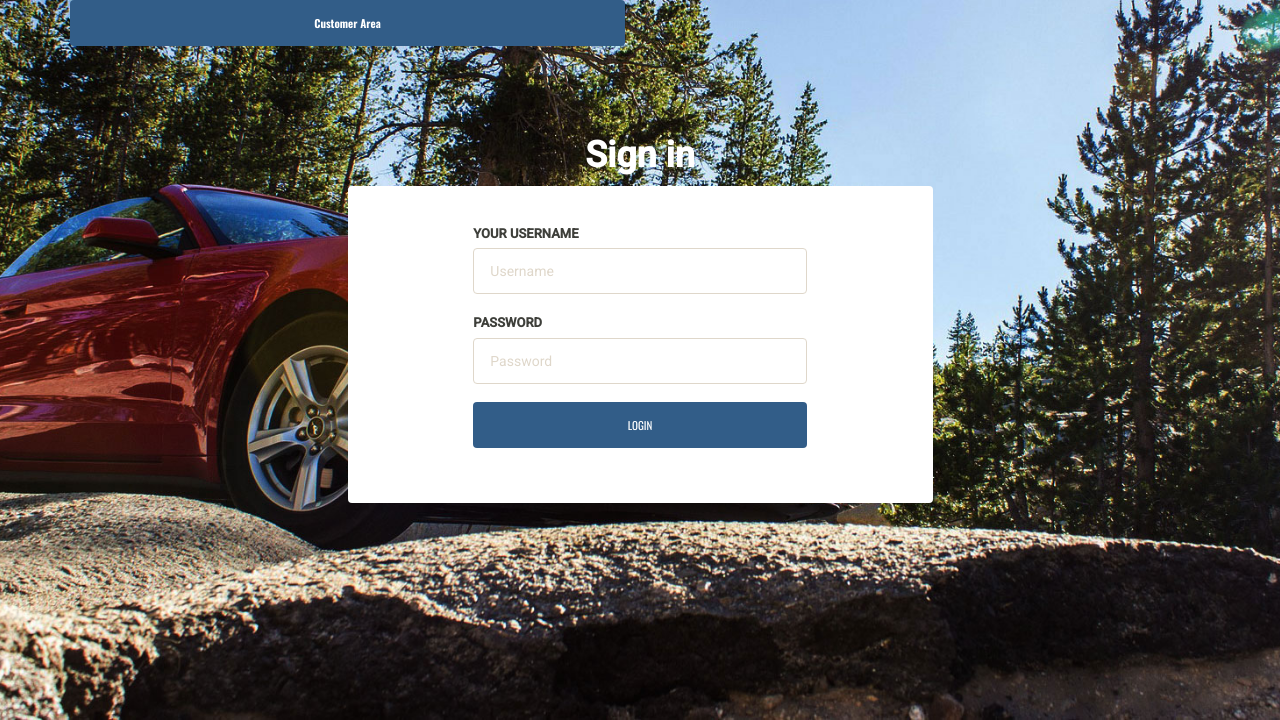
Repository: vincent254-hub/OCHMIS
Page: http://localhost/admin/
These files come from the project's save history. The page is drawn as it stood at one moment and after the next save; the edit follows.
The browser window is 1280 px wide. The pictures show the whole page.
The page is run by PHP 8.4 with error messages shown; the project is at /var/www/html/.

Above is the page before, as saved 2024-04-24 18:30:17.

### admin/index.php
<?php
session_start();
include('includes/config.php');
if(isset($_POST['login']))
{
$email=$_POST['username'];
$password=md5($_POST['password']);
$sql ="SELECT UserName,Password FROM admin WHERE UserName=:email and Password=:password";
$query= $dbh -> prepare($sql);
$query-> bindParam(':email', $email, PDO::PARAM_STR);
$query-> bindParam(':password', $password, PDO::PARAM_STR);
$query-> execute();
$results=$query->fetchAll(PDO::FETCH_OBJ);
if($query->rowCount() > 0)
{
$_SESSION['alogin']=$_POST['username'];
echo "<script type='text/javascript'> document.location = 'dashboard.php'; </script>";
} else{

  echo "<script>alert('Invalid Credentials provided! Please try again');</script>";

}

}

?>
<!doctype html>
<html lang="en" class="no-js">

<head>
	<meta charset="UTF-8">
	<meta http-equiv="X-UA-Compatible" content="IE=edge">
	<meta name="viewport" content="width=device-width, initial-scale=1, minimum-scale=1, maximum-scale=1">
	<meta name="description" content="">
	<meta name="author" content="">

	<title>OCHMIS | Admin Login</title>
	<link rel="stylesheet" href="css/font-awesome.min.css">
	<link rel="stylesheet" href="css/bootstrap.min.css">
	<link rel="stylesheet" href="css/dataTables.bootstrap.min.css">
	<link rel="stylesheet" href="css/bootstrap-social.css">
	<link rel="stylesheet" href="css/bootstrap-select.css">
	<link rel="stylesheet" href="css/fileinput.min.css">
	<link rel="stylesheet" href="css/awesome-bootstrap-checkbox.css">
	<link rel="stylesheet" href="css/style.css">
</head>

<body>

	<div class="login-page bk-img" style="background-image: url(img/adminlogin.jpg);">
		<div class="form-content">
			<div class="container">
				<div class="row">
					<div class="col-md-6">
						<a href="../index.php" class="text-light text-center text-bold mt-4 mx-auto btn btn-block btn-primary">Customer Area</a>
					</div>
					<div class="col-md-6 col-md-offset-3">
						<h1 class="text-center text-bold text-light mt-4x">Sign in</h1>
						<div class="well row pt-2x pb-3x bk-light">
							<div class="col-md-8 col-md-offset-2">
								<form method="post">

									<label for="" class="text-uppercase text-sm">Your Username </label>
									<input type="text" placeholder="Username" name="username" class="form-control mb">

									<label for="" class="text-uppercase text-sm">Password</label>
									<input type="password" placeholder="Password" name="password" class="form-control mb">



									<button class="btn btn-primary btn-block" name="login" type="submit">LOGIN</button>

								</form>
							</div>
						</div>
					</div>
				</div>
			</div>
		</div>
	</div>

	<!-- Loading Scripts -->
	<script src="js/jquery.min.js"></script>
	<script src="js/bootstrap-select.min.js"></script>
	<script src="js/bootstrap.min.js"></script>
	<script src="js/jquery.dataTables.min.js"></script>
	<script src="js/dataTables.bootstrap.min.js"></script>
	<script src="js/Chart.min.js"></script>
	<script src="js/fileinput.js"></script>
	<script src="js/chartData.js"></script>
	<script src="js/main.js"></script>

</body>

</html>

### admin/css/awesome-bootstrap-checkbox.css
.checkbox {
  padding-left: 20px;
}
.checkbox label {
  display: inline-block;
  vertical-align: middle;
  position: relative;
  padding-left: 5px;
}
.checkbox label::before {
  content: "";
  display: inline-block;
  position: absolute;
  width: 17px;
  height: 17px;
  left: 0;
  margin-left: -20px;
  border: 1px solid #cccccc;
  border-radius: 3px;
  background-color: #fff;
  -webkit-transition: border 0.15s ease-in-out, color 0.15s ease-in-out;
  -o-transition: border 0.15s ease-in-out, color 0.15s ease-in-out;
  transition: border 0.15s ease-in-out, color 0.15s ease-in-out;
}
.checkbox label::after {
  display: inline-block;
  position: absolute;
  width: 16px;
  height: 16px;
  left: 0;
  top: 0;
  margin-left: -20px;
  padding-left: 3px;
  padding-top: 1px;
  font-size: 11px;
  color: #555555;
}
.checkbox input[type="checkbox"],
.checkbox input[type="radio"] {
  opacity: 0;
  z-index: 1;
}
.checkbox input[type="checkbox"]:focus + label::before,
.checkbox input[type="radio"]:focus + label::before {
  outline: thin dotted;
  outline: 5px auto -webkit-focus-ring-color;
  outline-offset: -2px;
}
.checkbox input[type="checkbox"]:checked + label::after,
.checkbox input[type="radio"]:checked + label::after {
  font-family: "FontAwesome";
  content: "\f00c";
}
.checkbox input[type="checkbox"]:disabled + label,
.checkbox input[type="radio"]:disabled + label {
  opacity: 0.65;
}
.checkbox input[type="checkbox"]:disabled + label::before,
.checkbox input[type="radio"]:disabled + label::before {
  background-color: #eeeeee;
  cursor: not-allowed;
}
.checkbox.checkbox-circle label::before {
  border-radius: 50%;
}
.checkbox.checkbox-inline {
  margin-top: 0;
}

.checkbox-primary input[type="checkbox"]:checked + label::before,
.checkbox-primary input[type="radio"]:checked + label::before {
  background-color: #337ab7;
  border-color: #337ab7;
}
.checkbox-primary input[type="checkbox"]:checked + label::after,
.checkbox-primary input[type="radio"]:checked + label::after {
  color: #fff;
}

.checkbox-danger input[type="checkbox"]:checked + label::before,
.checkbox-danger input[type="radio"]:checked + label::before {
  background-color: #d9534f;
  border-color: #d9534f;
}
.checkbox-danger input[type="checkbox"]:checked + label::after,
.checkbox-danger input[type="radio"]:checked + label::after {
  color: #fff;
}

.checkbox-info input[type="checkbox"]:checked + label::before,
.checkbox-info input[type="radio"]:checked + label::before {
  background-color: #5bc0de;
  border-color: #5bc0de;
}
.checkbox-info input[type="checkbox"]:checked + label::after,
.checkbox-info input[type="radio"]:checked + label::after {
  color: #fff;
}

.checkbox-warning input[type="checkbox"]:checked + label::before,
.checkbox-warning input[type="radio"]:checked + label::before {
  background-color: #f0ad4e;
  border-color: #f0ad4e;
}
.checkbox-warning input[type="checkbox"]:checked + label::after,
.checkbox-warning input[type="radio"]:checked + label::after {
  color: #fff;
}

.checkbox-success input[type="checkbox"]:checked + label::before,
.checkbox-success input[type="radio"]:checked + label::before {
  background-color: #5cb85c;
  border-color: #5cb85c;
}
.checkbox-success input[type="checkbox"]:checked + label::after,
.checkbox-success input[type="radio"]:checked + label::after {
  color: #fff;
}

.radio {
  padding-left: 20px;
}
.radio label {
  display: inline-block;
  vertical-align: middle;
  position: relative;
  padding-left: 5px;
}
.radio label::before {
  content: "";
  display: inline-block;
  position: absolute;
  width: 17px;
  height: 17px;
  left: 0;
  margin-left: -20px;
  border: 1px solid #cccccc;
  border-radius: 50%;
  background-color: #fff;
  -webkit-transition: border 0.15s ease-in-out;
  -o-transition: border 0.15s ease-in-out;
  transition: border 0.15s ease-in-out;
}
.radio label::after {
  display: inline-block;
  position: absolute;
  content: " ";
  width: 11px;
  height: 11px;
  left: 3px;
  top: 3px;
  margin-left: -20px;
  border-radius: 50%;
  background-color: #555555;
  -webkit-transform: scale(0, 0);
  -ms-transform: scale(0, 0);
  -o-transform: scale(0, 0);
  transform: scale(0, 0);
  -webkit-transition: -webkit-transform 0.1s cubic-bezier(0.8, -0.33, 0.2, 1.33);
  -moz-transition: -moz-transform 0.1s cubic-bezier(0.8, -0.33, 0.2, 1.33);
  -o-transition: -o-transform 0.1s cubic-bezier(0.8, -0.33, 0.2, 1.33);
  transition: transform 0.1s cubic-bezier(0.8, -0.33, 0.2, 1.33);
}
.radio input[type="radio"] {
  opacity: 0;
  z-index: 1;
}
.radio input[type="radio"]:focus + label::before {
  outline: thin dotted;
  outline: 5px auto -webkit-focus-ring-color;
  outline-offset: -2px;
}
.radio input[type="radio"]:checked + label::after {
  -webkit-transform: scale(1, 1);
  -ms-transform: scale(1, 1);
  -o-transform: scale(1, 1);
  transform: scale(1, 1);
}
.radio input[type="radio"]:disabled + label {
  opacity: 0.65;
}
.radio input[type="radio"]:disabled + label::before {
  cursor: not-allowed;
}
.radio.radio-inline {
  margin-top: 0;
}

.radio-primary input[type="radio"] + label::after {
  background-color: #337ab7;
}
.radio-primary input[type="radio"]:checked + label::before {
  border-color: #337ab7;
}
.radio-primary input[type="radio"]:checked + label::after {
  background-color: #337ab7;
}

.radio-danger input[type="radio"] + label::after {
  background-color: #d9534f;
}
.radio-danger input[type="radio"]:checked + label::before {
  border-color: #d9534f;
}
.radio-danger input[type="radio"]:checked + label::after {
  background-color: #d9534f;
}

.radio-info input[type="radio"] + label::after {
  background-color: #5bc0de;
}
.radio-info input[type="radio"]:checked + label::before {
  border-color: #5bc0de;
}
.radio-info input[type="radio"]:checked + label::after {
  background-color: #5bc0de;
}

.radio-warning input[type="radio"] + label::after {
  background-color: #f0ad4e;
}
.radio-warning input[type="radio"]:checked + label::before {
  border-color: #f0ad4e;
}
.radio-warning input[type="radio"]:checked + label::after {
  background-color: #f0ad4e;
}

.radio-success input[type="radio"] + label::after {
  background-color: #5cb85c;
}
.radio-success input[type="radio"]:checked + label::before {
  border-color: #5cb85c;
}
.radio-success input[type="radio"]:checked + label::after {
  background-color: #5cb85c;
}

input[type="checkbox"].styled:checked + label:after,
input[type="radio"].styled:checked + label:after {
  font-family: 'FontAwesome';
  content: "\f00c";
}
input[type="checkbox"] .styled:checked + label::before,
input[type="radio"] .styled:checked + label::before {
  color: #fff;
}
input[type="checkbox"] .styled:checked + label::after,
input[type="radio"] .styled:checked + label::after {
  color: #fff;
}

### admin/css/style.css
@import url(http://fonts.googleapis.com/css?family=Lato:300,400,700,900,100italic,300italic,400italic);
@import url(https://fonts.googleapis.com/css?family=Oswald:700,400,300);
/****************************
*   FOR RESPONSIVENESS      *
****************************/
::selection {
  background: #4f5362;
  /* WebKit/Blink Browsers */
  color: #fff;
}
::-moz-selection {
  background: #4f5362;
  /* Gecko Browsers */
  color: #fff;
}
html {
  font-size: 14px;
}
@media only screen and (min-width: 480px) {
  html {
    font-size: 17px;
  }
}
@media only screen and (min-width: 768px) {
  html {
    font-size: 14px;
  }
}
@media only screen and (min-width: 1024px) {
  p {
    font-size: 1em;
    margin-bottom: 1.8em;
  }
}
/****************************
*      BODY DEFAULTS        *
****************************/
body {
  font-size: 1em;
}
a {
  color: #37a6c4;
}
a:hover {
  text-decoration: none;
  color: #5db9d1;
}
/****************************
*      Buttons        *
****************************/
.btn {
  font-family: 'Oswald', sans-serif;
}
.btn i {
  position: relative;
  top: -2px;
}
.btn.text-left {
  text-align: left;
}
.btn-brand {
  background: #37a6c4;
  color: #fff;
}
.btn-brand:hover {
  color: #fff;
  background: #2c849c;
}
.btn-dark {
  background: #272727;
  color: #fff;
}
.btn-dark:hover {
  color: #fff;
  background: #2c849c;
}
.btn-red {
  background: #4f5362;
  color: #fff;
}
.btn-red:hover {
  color: #fff;
  background: #383b46;
}
.btn-alt {
  background: #f0f0f0;
  color: #222;
}
.btn-alt:hover {
  color: #fff;
  background: #2c849c;
}
/****************************
*      Background Colors        *
****************************/
.bk-primary {
  background: #325d88;
}
.bk-success {
  background: #93c54b;
}
.bk-warning {
  background: #f47c3c;
}
.bk-danger {
  background: #d9534f;
}
.bk-info {
  background: #29abe0;
}
.bk-white,
.bk-light {
  background: #fff;
}
.bk-brand {
  background: #37a6c4;
}
.bk-dark {
  background: #222;
}
.bk-blue {
  background: #0010ce;
}
.bk-alt {
  background: #f7f7f7;
}
.bk-ghost {
  background: transparent;
}
.bk-img {
  position: relative;
  width: 100%;
  background-position: center;
  background-repeat: no-repeat;
  background-size: cover;
  background-image: url(../../img/login-bg.jpg);
}
.bk-fixed {
  background-attachment: fixed;
}
.hr-green {
  height: 2px;
  background: #37a6c4;
}
.hr-grey {
  height: 2px;
  background: #f0f0f0;
}
.hr-dashed {
  background-color: transparent;
  border-top: 1px dotted #edf0f5;
  color: transparent;
  height: 1px;
  margin: 20px 0;
}
.panel {
  overflow: hidden;
}
/****************************
*      Border        *
****************************/
.brdr {
  border: 1px solid #f0f0f0;
}
/****************************
*      Text size color        *
****************************/
.font-one {
  font-family: 'Oswald', sans-serif;
}
.text-bold {
  font-weight: bold;
}
.text-normal {
  font-weight: normal;
}
.text-thin {
  font-weight: 100;
}
.text-lowercase {
  text-transform: none;
}
.text-sm {
  font-size: 13px;
}
.text-lg {
  font-size: 18px;
}
.text-xl {
  font-size: 1.6em;
}
.text-2x {
  font-size: 2em;
}
.text-3x {
  font-size: 2.4em;
}
.text-4x {
  font-size: 3em;
}
.text-white,
.text-light {
  color: #fff !important;
}
.link-white a {
  color: #fff;
}
.text-grey {
  color: #ccc;
}
.text-dgrey {
  color: #818181;
}
.text-brand {
  color: #37a6c4;
}
.text-yellow {
  color: #ffff00;
}
.title .line {
  display: inline-block;
  padding-bottom: 10px;
  border-bottom: 3px solid #222;
}
/****************************
*       Margins         *
****************************/
.mt {
  margin-top: 18px;
}
.mt-0x {
  margin-top: 0 !important;
}
.mt-2x {
  margin-top: 36px;
}
.mt-3x {
  margin-top: 54px;
}
.mt-4x {
  margin-top: 90px;
}
.mt-5x {
  margin-top: 144px;
}
.mb {
  margin-bottom: 18px;
}
.mb-0x {
  margin-bottom: 0 !important;
}
.mb-2x {
  margin-bottom: 36px;
}
.mb-3x {
  margin-bottom: 54px;
}
.mb-4x {
  margin-bottom: 90px;
}
.mb-5x {
  margin-bottom: 144px;
}
.pt {
  padding-top: 18px;
}
.pt-2x {
  padding-top: 36px;
}
.pt-3x {
  padding-top: 54px;
}
.pt-4x {
  padding-top: 90px;
}
.pt-5x {
  padding-top: 144px;
}
.pb {
  padding-bottom: 18px;
}
.pb-2x {
  padding-bottom: 36px;
}
.pb-3x {
  padding-bottom: 54px;
}
.pb-4x {
  padding-bottom: 90px;
}
.pb-5x {
  padding-bottom: 144px;
}
/* Content boxes */
.content-box {
  padding: 15px;
}
.block-anchor {
  display: block;
}
/****************************
*       Content Typography         *
****************************/
.content-format {
  line-height: 1.6em;
  font-weight: 400;
  letter-spacing: .01em;
  font-style: normal;
  word-wrap: break-word;
}
.content-format .h1,
.content-format .h2,
.content-format .h3,
.content-format .h4,
.content-format .h5,
.content-format .h6,
.content-format h1,
.content-format h2,
.content-format h3,
.content-format h4,
.content-format h5,
.content-format h6 {
  font-family: 'Oswald', sans-serif;
  font-weight: 700;
  font-weight: bold;
  font-style: normal;
  color: rgba(0, 0, 0, 0.8);
  margin-top: 40px;
}
.content-format .h1 a,
.content-format .h2 a,
.content-format .h3 a,
.content-format .h4 a,
.content-format .h5 a,
.content-format .h6 a,
.content-format h1 a,
.content-format h2 a,
.content-format h3 a,
.content-format h4 a,
.content-format h5 a,
.content-format h6 a {
  font-size: inherit;
}
.content-format .h2,
.content-format h2 {
  font-size: 3em;
  line-height: 1;
  margin-bottom: 10px;
  padding-bottom: 10px;
  border-bottom: 4px solid #f0f0f0;
}
.content-format .h3,
.content-format h3 {
  font-size: 2em;
  line-height: 1.2;
  margin-bottom: 4px;
  margin: 1em 0 0.5em;
}
.content-format .h4,
.content-format h4 {
  font-size: 1.7em;
  line-height: 1.4;
  margin-bottom: 6px;
}
.content-format .h5,
.content-format h5 {
  font-size: 1.5em;
  line-height: 1.4;
  margin-bottom: 8px;
}
.content-format .h6,
.content-format h6 {
  font-size: 1.3em;
  line-height: 1.4;
  margin-bottom: 10px;
}
.content-format strong {
  font-weight: bold;
}
.content-format ul:not(.social-awesome) {
  list-style: disc outside;
  margin: 1.714285714rem 0 1.714285714rem;
  line-height: 1.714285714;
}
.content-format ul:not(.social-awesome) li {
  margin: 0 0 0 36px;
  margin: 0 1rem 0 2.571428571rem;
}
.content-format ul:not(.social-awesome).list-unstyled {
  list-style: none;
}
.content-format ul:not(.social-awesome).list-unstyled li {
  margin: 0 0 0 24px;
}
.content-format em {
  font-style: italic;
}
.content-format p {
  margin-bottom: 1.8em;
}
.content-format figure {
  margin-bottom: 42px;
}
.content-format figure .caption {
  color: #999;
  font-size: 14px;
}
.content-format img {
  border: 0;
  height: auto;
  max-width: 100%;
  vertical-align: middle;
}
.content-format .fa {
  color: #37a6c4;
  margin-right: 10px;
}
.content-format blockquote {
  border-left: 4px solid #c3c3c3;
  border-left: 4px solid rgba(51, 51, 51, 0.17);
  color: #707070;
  color: rgba(51, 51, 51, 0.7);
  font-size: 1.2em;
  font-style: italic;
  line-height: 1.6667;
  margin-bottom: 1em;
  padding-left: 0.7778em;
}
.content-format blockquote.double-quote {
  border-left: none;
  padding-left: 1em;
}
.content-format pre {
  background: #fff;
  border: 1px solid #ededed;
  color: #666;
  font-family: Consolas, Monaco, Lucida Console, monospace;
  font-size: .9em;
  line-height: 1.714285714;
  margin: 24px 0;
  margin: 1.714285714rem 0;
  overflow: auto;
}
.content-format ol {
  margin: 24px 0 24px;
  margin: 1.714285714rem 0 1.714285714rem;
  line-height: 1.714285714;
  list-style: decimal outside;
}
.content-format img.wp-smiley,
.content-format img.emoji {
  display: inline !important;
  border: none !important;
  box-shadow: none !important;
  height: 1em !important;
  width: 1em !important;
  margin: 0 .07em !important;
  vertical-align: -0.1em !important;
  background: none !important;
  padding: 0 !important;
}
/*
 * Theme Struck - Harmony - Free responsive Bootstrap admin template by Themestruck.com (http://themestruck.com)
 * Code licensed under the MIT
 * For details, see #
 */
ul,
li {
  margin: 0;
  padding: 0;
  list-style: none;
}
/* Social Button Modifications */
.btn {
  text-transform: none;
}
.btn-social > :first-child {
  width: 42px;
  line-height: 46px;
}
.btn-social {
  padding-left: 58px;
}
/* Circle buttons */
.btn-circle {
  width: 30px;
  height: 30px;
  padding: 6px 0;
  border-radius: 15px;
  text-align: center;
  font-size: 12px;
  line-height: 1.428571429;
}
.btn-circle.btn-lg {
  width: 50px;
  height: 50px;
  padding: 10px 16px;
  border-radius: 25px;
  font-size: 18px;
  line-height: 1.33;
}
.btn-circle.btn-xl {
  width: 70px;
  height: 70px;
  padding: 10px 16px;
  border-radius: 35px;
  font-size: 24px;
  line-height: 1.33;
}
/* Chart design */
/* Charts */
.chart-dot-list {
  display: block;
  margin-top: 60px;
  margin-left: 20px;
}
.chart-dot-list li {
  margin-bottom: 4px;
}
.chart-dot-list li:before {
  content: '';
  height: 12px;
  width: 12px;
  margin-right: 6px;
  display: inline-block;
  background: #222;
  border-radius: 50%;
}
.chart-dot-list li.a1:before {
  background: #F7464A;
}
.chart-dot-list li.a2:before {
  background: #46BFBD;
}
.chart-dot-list li.a3:before {
  background: #FDB45C;
}
.chart-doughnut {
  padding: 41px 0;
}
/* component */
.page-title {
  padding-bottom: 15px;
  margin-bottom: 20px;
  border-bottom: 1px solid #f0f0f0;
}
.brand {
  background: #3e454c;
  position: relative;
  z-index: 3;
  position: fixed;
  width: 100%;
  top: 0;
}
.brand .logo {
  box-sizing: border-box;
  padding: 20px;
  float: left;
  display: block;
  width: 200px;
}
@media only screen and (min-width: 992px) {
  .brand .logo {
    width: 250px;
  }
}
.brand .logo img {
  height: 20px;
}
.brand .menu-btn {
  float: right;
  background: #232d3b;
  text-align: center;
  cursor: pointer;
  color: #fff;
  padding: 20px 20px;
}
@media only screen and (min-width: 992px) {
  .brand .menu-btn {
    display: none;
  }
}
.brand .ts-profile-nav {
  float: right;
  display: none;
}
.brand .ts-profile-nav li {
  float: left;
  position: relative;
}
.brand .ts-profile-nav li a {
  display: block;
  padding: 20px;
  color: #fff;
}
.brand .ts-profile-nav li ul {
  visibility: hidden;
  opacity: 0;
  right: 0;
  position: absolute;
}
.brand .ts-profile-nav li ul li {
  float: none;
  width: 180px;
}
.brand .ts-profile-nav li ul li a {
  padding: 10px 20px;
  background: #222;
}
.brand .ts-profile-nav .ts-account .fa-angle-down {
  float: right;
}
.brand .ts-profile-nav .ts-account > a {
  width: 180px;
  background: #2c3136;
}
.brand .ts-profile-nav .ts-account .ts-avatar {
  border-radius: 50%;
  height: 28px;
  margin: -10px 0;
  margin-right: 10px;
}
.brand .ts-profile-nav .ts-account:hover ul {
  visibility: visible;
  opacity: 1;
}
@media only screen and (min-width: 992px) {
  .brand .ts-profile-nav {
    display: block;
  }
}
.ts-sidebar::-webkit-scrollbar-track {
  background-color: transparent;
}
.ts-sidebar::-webkit-scrollbar {
  width: 5px;
  background-color: transparent;
}
.ts-sidebar::-webkit-scrollbar-thumb {
  background-color: #b4b4b4;
}
.ts-sidebar {
  background: #2c3136;
  max-height: 0;
  transition: max-height 0.3s;
  overflow: hidden;
  position: fixed;
  z-index: 2;
  width: 100%;
  bottom: 0;
  top: 60px;
  overflow-y: auto;
}
.ts-sidebar .hidden-side {
  display: none;
}
.ts-sidebar .ts-sidebar-search {
  width: 100%;
  background: #25292a;
  border: none;
  padding: 10px 15px;
  color: #fff;
}
@media only screen and (min-width: 992px) {
  .ts-sidebar .ts-profile-nav {
    display: none;
  }
}
@media only screen and (min-width: 992px) {
  .ts-sidebar {
    max-height: 100%;
    bottom: 0;
  }
}
.ts-sidebar-menu .ts-label {
  color: #585c64;
  font-weight: bold;
  padding: 8px 15px;
  text-transform: uppercase;
  font-size: 10px;
  letter-spacing: 3px;
  margin-top: 10px;
}
.ts-sidebar-menu a {
  display: block;
  text-decoration: none;
  padding: 12px 15px;
  color: #fff;
}
.ts-sidebar-menu li {
  position: relative;
}
.ts-sidebar-menu li i {
  color: #585c64;
  margin-right: 10px;
}
.ts-sidebar-menu li ul {
  display: block;
  background: rgba(255, 0, 0, 0.12);
  background: rgba(0, 0, 0, 0.32);
  max-height: 0;
  overflow: hidden;
  transition: all 0.3s ease;
}
.menu-open,
.ts-sidebar-menu .open > ul {
  max-height: 2000px;
}
.ts-sidebar-menu .open > a {
  background: rgba(51, 56, 62, 0.35);
}
.ts-sidebar-menu > .open > a {
  background: #33383e;
  border-left: 3px solid #37a6c4;
}
.ts-sidebar-menu .open > .more i {
  transform: rotate(180deg);
}
.more i {
  color: #fff;
  padding: 15px;
  transition: transform 0.3s;
}
.more {
  float: right;
  min-width: 10%;
  cursor: pointer;
}
.ts-main-content .content-wrapper {
  padding-top: 15px;
  margin-top: 60px;
}
@media only screen and (min-width: 992px) {
  .ts-main-content .ts-sidebar {
    width: 250px;
    float: left;
  }
  .ts-main-content .content-wrapper {
    margin-left: 250px;
  }
}
/* Login page */
.login-page {
  position: absolute;
  height: 100%;
  width: 100%;
}

### admin/js/main.js
 $(document).ready(function () {

 	$(".ts-sidebar-menu li a").each(function () {
 		if ($(this).next().length > 0) {
 			$(this).addClass("parent");
 		};
 	})
 	var menux = $('.ts-sidebar-menu li a.parent');
 	$('<div class="more"><i class="fa fa-angle-down"></i></div>').insertBefore(menux);
 	$('.more').click(function () {
 		$(this).parent('li').toggleClass('open');
 	});
	$('.parent').click(function (e) {
		e.preventDefault();
 		$(this).parent('li').toggleClass('open');
 	});
 	$('.menu-btn').click(function () {
 		$('nav.ts-sidebar').toggleClass('menu-open');
 	});


	 $('#zctb').DataTable();


	 $("#input-43").fileinput({
		showPreview: false,
		allowedFileExtensions: ["zip", "rar", "gz", "tgz"],
		elErrorContainer: "#errorBlock43"
			// you can configure `msgErrorClass` and `msgInvalidFileExtension` as well
	});

 });

Loaded but not shown: admin/includes/config.php (common file); admin/css/font-awesome.min.css (library); admin/css/bootstrap.min.css (library); admin/css/dataTables.bootstrap.min.css (library); admin/css/bootstrap-social.css (library); admin/css/bootstrap-select.css (library); admin/css/fileinput.min.css (library); admin/js/jquery.min.js (library); admin/js/bootstrap-select.min.js (library); admin/js/bootstrap.min.js (library); admin/js/jquery.dataTables.min.js (library); admin/js/dataTables.bootstrap.min.js (common file); admin/js/Chart.min.js (library); admin/js/chartData.js (common file); admin/js/fileinput.js (2304 lines, source omitted)

After the next save:
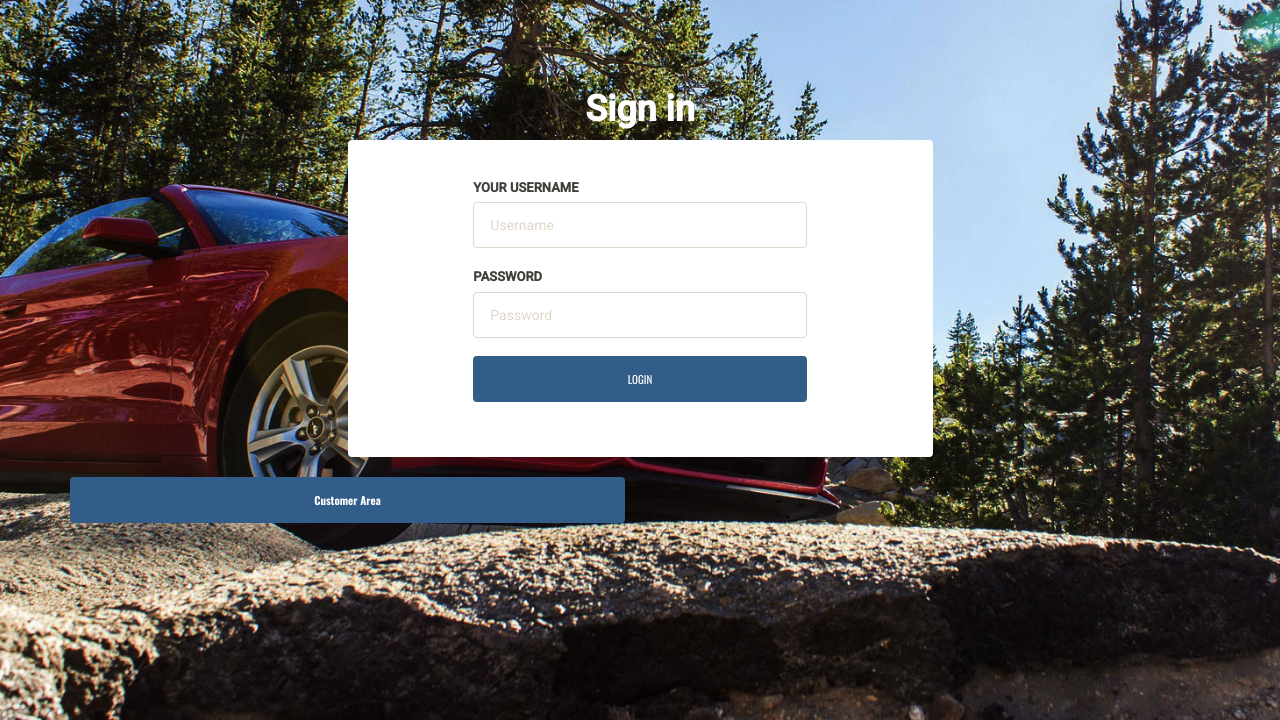
Saved 84 s later.
--- a/admin/index.php
+++ b/admin/index.php
@@ -51,9 +51,7 @@ echo "<script type='text/javascript'> document.location = 'dashboard.php'; </scr
 		<div class="form-content">
 			<div class="container">
 				<div class="row">
-					<div class="col-md-6">
-						<a href="../index.php" class="text-light text-center text-bold mt-4 mx-auto btn btn-block btn-primary">Customer Area</a>
-					</div>
+
 					<div class="col-md-6 col-md-offset-3">
 						<h1 class="text-center text-bold text-light mt-4x">Sign in</h1>
 						<div class="well row pt-2x pb-3x bk-light">
@@ -74,6 +72,10 @@ echo "<script type='text/javascript'> document.location = 'dashboard.php'; </scr
 							</div>
 						</div>
 					</div>
+
+					<div class="col-md-6">
+						<a href="../index.php" class="text-light text-center text-bold mt-4 mx-auto btn btn-block btn-primary">Customer Area</a>
+					</div>
 				</div>
 			</div>
 		</div>
